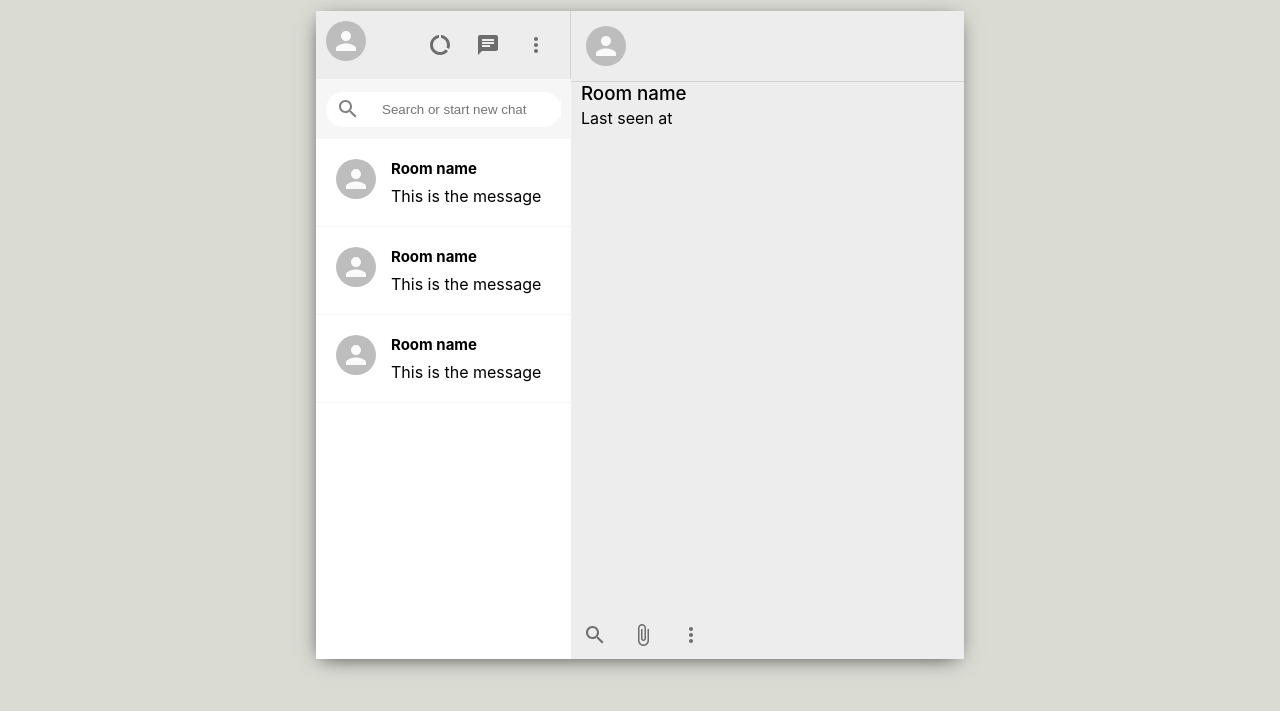
Repository: SayedJamil/WhatsappClone
Page: /
An editor plug-in stored every save of this project. The page is shown before and after the next save, followed by the edit.
The browser window is 1280 px wide. The pictures show the whole page.
The project was rebuilt for these pictures with package versions that can differ from the ones it lists, and the page was loaded fresh each time.

Above is the page before, as saved 2021-06-23 12:15:02.

After the next save:
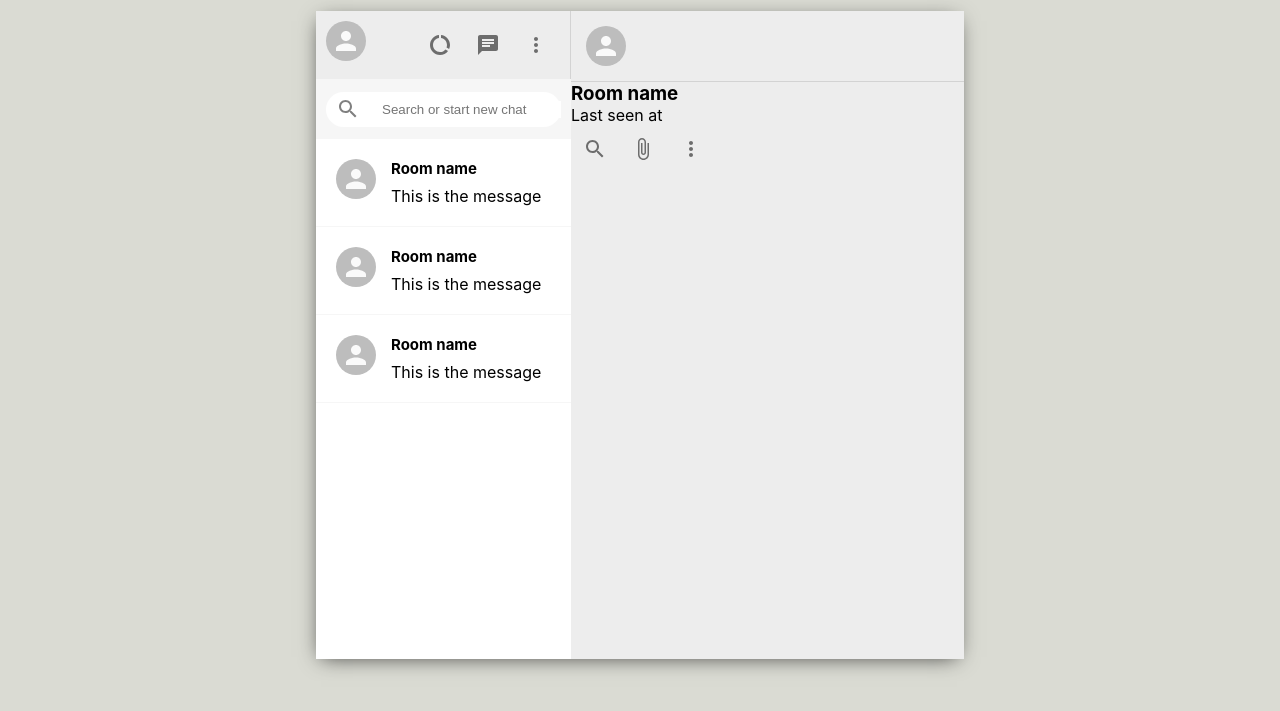
Saved 16 s later.
--- a/src/Chat.css
+++ b/src/Chat.css
@@ -11,7 +11,7 @@
 padding: 15px;
 }
 
-.chat_info{
+/* .chat_info{
 flex: 1;
 padding-left: 10px;
 }
@@ -21,4 +21,4 @@
 }
 .chat_right{
 
-}
+} */

After the save that followed:
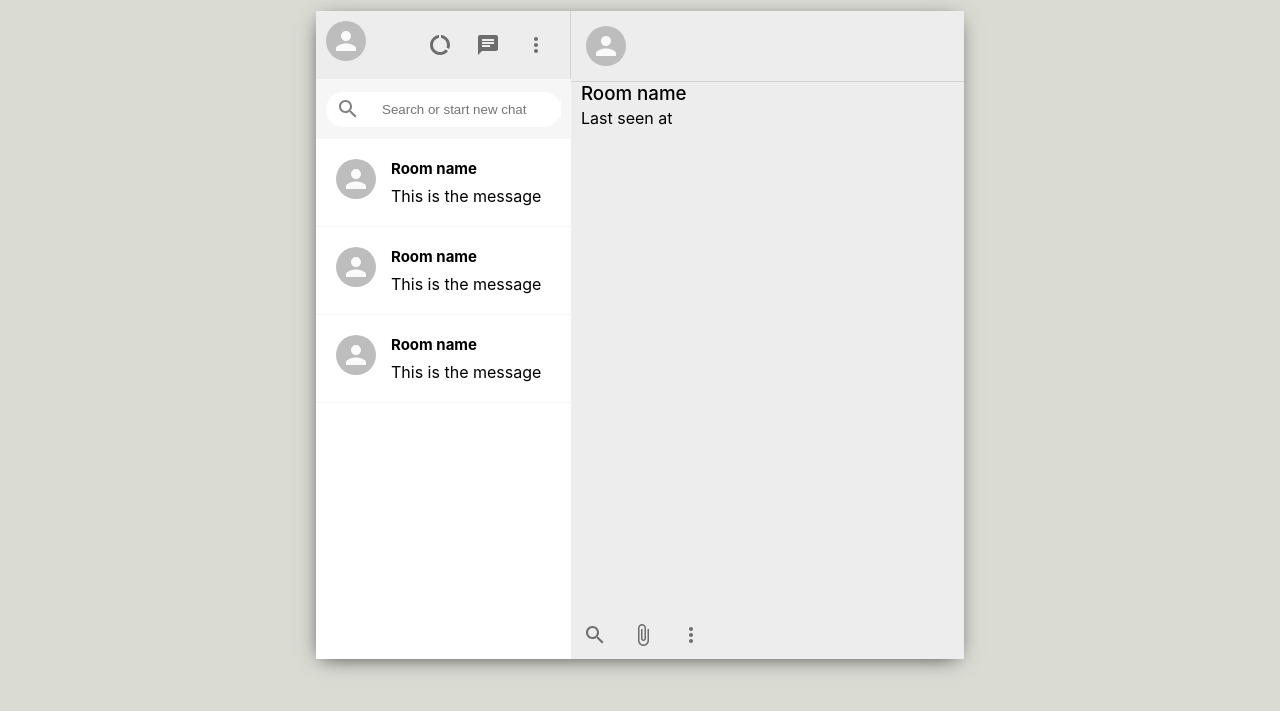
Saved 11 s later.
--- a/src/Chat.css
+++ b/src/Chat.css
@@ -11,7 +11,7 @@
 padding: 15px;
 }
 
-/* .chat_info{
+.chat_info{
 flex: 1;
 padding-left: 10px;
 }
@@ -21,4 +21,4 @@
 }
 .chat_right{
 
-} */
+}
